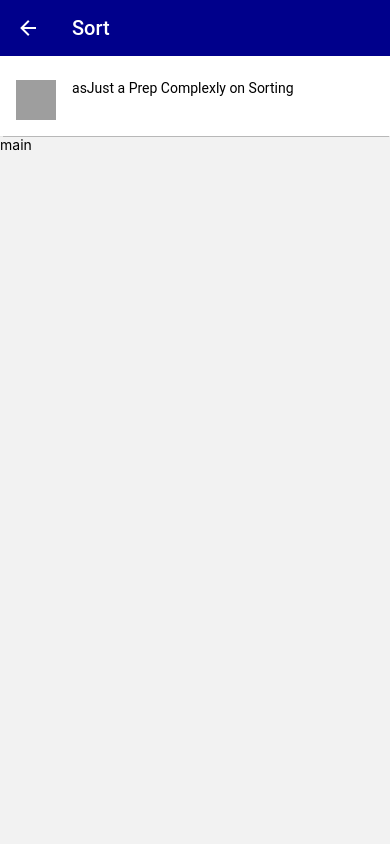
Repository: seyicoded/rn-crazy-algorithm-app
Screen: /, after clicking the first element matching `div.r-transitionProperty-1i6wzkk`
These files come from the project's save history. The screen is drawn as it stood at one moment and after the next save; the edit follows.
Pictures or frames that could not be fetched are drawn as grey boxes. The app was drawn by React Native's web renderer in a window 390 px wide. The project was rebuilt for these pictures with package versions that can differ from the ones it lists, and the page was loaded fresh each time. Also part of the build but not shown: src/screens/filter.js, src/screens/advance.js.

Above is the screen before, as saved 2022-03-30 16:47:57.

### App.js
import 'react-native-gesture-handler';
import { StatusBar } from 'expo-status-bar';
import { StyleSheet, Text, View } from 'react-native';
import Main from './src/main'
export default function App() {
  return (
    <View style={styles.container}>
      <Main />
      <StatusBar style="auto" />
    </View>
  );
}

const styles = StyleSheet.create({
  container: {
    flex: 1,
    backgroundColor: '#fff',
  },
});

### src/main.js
import { View, Text } from 'react-native'
import React from 'react'
import {NavigationContainer} from '@react-navigation/native'
import {createStackNavigator} from '@react-navigation/stack'
import Home from './screens/index'
import Sort from './screens/sort'
import Filter from './screens/filter'
import Advance from './screens/advance'

const StackNav = createStackNavigator()

export default function Main() {
  return (
    <NavigationContainer>
        <StackNav.Navigator>
            <StackNav.Screen name="Home" options={{headerMode: 'none'}} component={Home} />
            <StackNav.Screen name="Filter" options={{headerMode: 'none'}} component={Filter} />
            <StackNav.Screen name="Sort" options={{headerMode: 'none'}} component={Sort} />
            <StackNav.Screen name="Advance" options={{headerMode: 'none'}} component={Advance} />
        </StackNav.Navigator>
    </NavigationContainer>
  )
}

### src/screens/index.js
import { View, Text, StyleSheet, FlatList, TouchableOpacity } from 'react-native'
import React, {useState, useEffect, useRef} from 'react'
import Header from '../layout/header'
import { List, Avatar, Card, Title, Paragraph, Button } from 'react-native-paper';

const data = [
    {
        id: 'Sort',
        image: 'https://picsum.photos/700',
        title: 'Sort',
    },
    {
        id: 'Filter',
        image: 'https://picsum.photos/700',
        title: 'Filter',
    },
    {
        id: 'Advance',
        image: 'https://picsum.photos/700',
        title: 'Advance',
    },
]

export default function Index({route, navigation}) {
    const [color, setColor] = useState('darkblue');
    var timer = null;
    var ColorChanger = useRef('darkblue');


    useEffect(()=>{
        timer = setInterval(()=>{
            // console.log('.')
            ColorChanger.current = (ColorChanger.current == 'darkblue') ? 'darkred' : 'darkblue';
            setColor(ColorChanger.current);
        }, 1000);
        return ()=>{
            clearInterval(timer);
        }
    }, [])

    const styles = StyleSheet.create({
        container: {
          flex: 1,
          width: '100%',
          backgroundColor: '#fff',
        },
        header: {
            fontSize: 16,
            textAlign: 'center',
            marginTop: 20,
            marginBottom: 20,
            color: color,
            fontWeight: '700',
        },
        list: {
            width: '100%',
        },
        card: {
            // backgroundColor: 'red',
            margin: 20,
            shadowColor: '#000',
            shadowOffset: { width: 0, height: 2 },
            shadowOpacity: 0.8,
            elevation: 4
        }
    });

    return (
        <View style={styles.container}>
            <Header title="Home" visible={false} navigation={navigation} />
            <Text style={styles.header}>Let's Prep Shall We</Text>

            <FlatList
                data={data}
                style={styles.list}
                renderItem={({ item }) => {
                    return (
                        <TouchableOpacity onPress={() => navigation.navigate(item.id, {title: item.title})}>
                            <Card style={styles.card}>
                                <Card.Cover source={{ uri: item.image }} />
                                {/* <Card.Actions style={{justifyContent: 'center'}}>
                                    <Button onPress={()=>navigation.navigate(item.id)}>{item.title}</Button>

                                </Card.Actions> */}

                                <Card.Content style={{justifyContent: 'center'}}>
                                    <Title style={{textAlign: 'center', marginTop:12, color: 'darkblue'}}>{item.title}</Title>
                                </Card.Content>
                            </Card>
                        </TouchableOpacity>
                    )
                }}
                numColumns={1}
            />

            {/* <Card>
                <Card.Cover source={{ uri: 'https://picsum.photos/700' }} />

                <Card.Content>
                    <Title>Card title</Title>
                </Card.Content>
            </Card> */}

        </View>
    )
}

### src/screens/sort.js
import { View, Text, Image } from 'react-native'
import React from 'react'
import { List, Banner } from 'react-native-paper';
import Header from '../layout/header'

export default function Sort({route, navigation}) {
    const title = route.params.title;

  return (
    <View>
        <Header title={title} visible={true} navigation={navigation} />
        <Banner
            visible={true}
            actions={[
            ]}
            icon={({size}) => (
                <Image
                source={{
                    uri: 'https://avatars3.githubusercontent.com/u/17571969?s=400&v=4',
                }}
                style={{
                    width: size,
                    height: size,
                }}
                />
            )}>
                <Text>a</Text>
                <Text>s</Text>
            Just a Prep Complexly on Sorting
        </Banner>
      <Text>main</Text>
    </View>
  )
}

### src/layout/header.js
import { View, Text } from 'react-native'
import React, {useState, useEffect} from 'react'
import { Appbar } from 'react-native-paper';

export default function Header({title, visible, navigation}) {
    // const [visible, setVisible] = useState(false);

    if(visible){
        return (
            <Appbar.Header style={{backgroundColor: 'darkblue'}}>
                {
                    (visible) ?
                    <Appbar.BackAction onPress={()=>navigation.goBack()} />
                    :<></>
                }
                <Appbar.Content title={title} />
            </Appbar.Header>
          )
    }else{
        return (
            <Appbar.Header style={{backgroundColor: 'darkblue'}}>
                <Appbar.Content title={title} />
            </Appbar.Header>
          )
    }

}

After the next save:
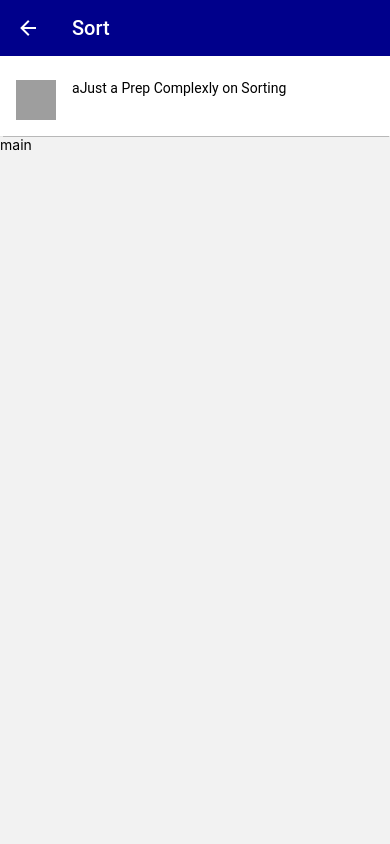
Saved 20 s later.
--- a/src/screens/sort.js
+++ b/src/screens/sort.js
@@ -24,8 +24,9 @@ export default function Sort({route, navigation}) {
                 }}
                 />
             )}>
-                <Text>a</Text>
-                <Text>s</Text>
+                <View>
+                    <Text>a</Text>
+                </View>
             Just a Prep Complexly on Sorting
         </Banner>
       <Text>main</Text>
